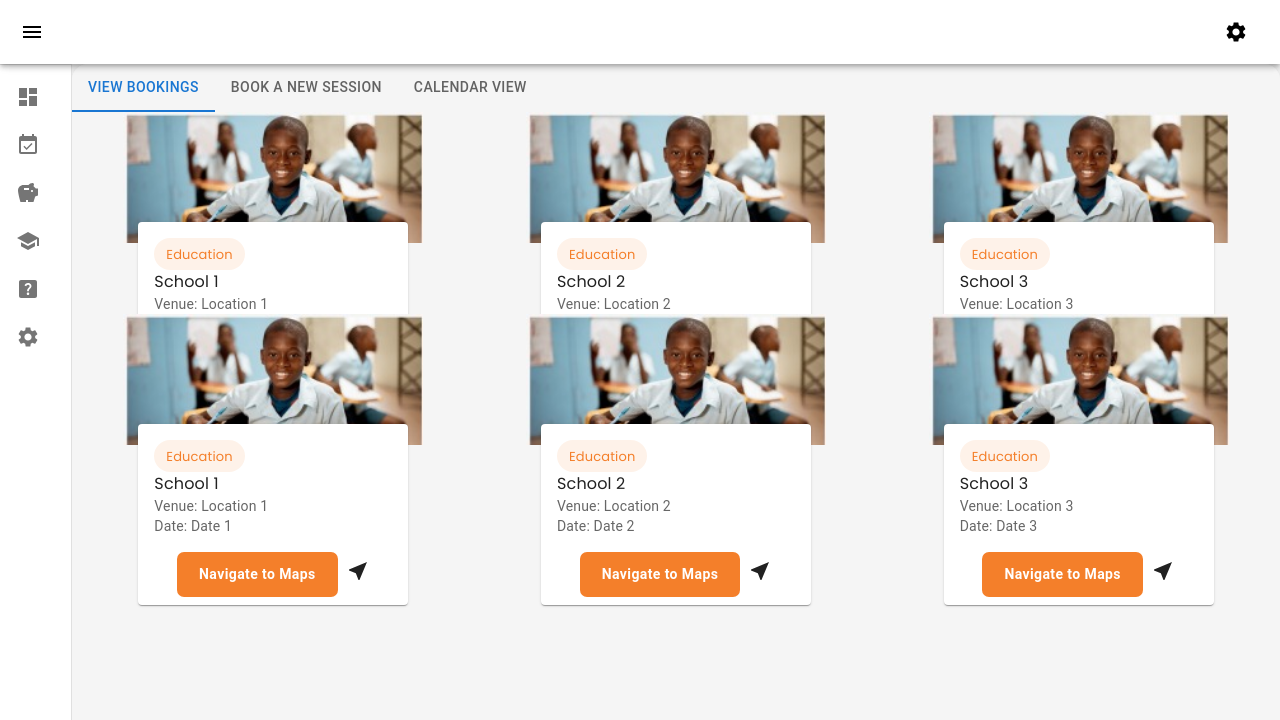
Repository: shubhampirate/Google_Solutions_Edural
Page: /bookings
An editor plug-in stored every save of this project. The page is shown before and after the next save, followed by the edit.
The browser window is 1280 px wide. The pictures show the whole page.
An inner scrolling area shows only its first screen. The project was rebuilt for these pictures with package versions that can differ from the ones it lists, and the page was loaded fresh each time. Some packages were replaced by stand-ins written for this rebuild. Also part of the build but not shown: src/Components/Navbar.jsx, src/Components/Footer.jsx, src/Components/CongratsCard.jsx, src/pages/Hero/Hero.jsx, src/pages/Dashboard/Dashboard.jsx, src/pages/Sign_in.jsx, src/pages/Bookings/LicenseCard.jsx.

Above is the page before, as saved 2024-02-04 19:40:58.

### src/index.js
import React from "react";
import ReactDOM from "react-dom/client";
import "./index.css";
import { GoogleOAuthProvider } from '@react-oauth/google';
import App from "./App";
import { BrowserRouter } from "react-router-dom";
const root = ReactDOM.createRoot(
    document.getElementById("root"));
root.render(
    <BrowserRouter>
<GoogleOAuthProvider clientId="730379698185-cv7a59sok9sod43v04ee6g6pt4gtaea2.apps.googleusercontent.com">
        {/* <React.StrictMode> */}
            <App />
        {/* </React.StrictMode> */}
    </GoogleOAuthProvider>
    </BrowserRouter>

);

### src/App.jsx
import Hero from "./pages/Hero/Hero";
import Dashboard from "./pages/Dashboard/Dashboard";
import Layout from "./Components/layout";
import SignIn from "./pages/Sign_in";
import Booking from "./pages/Bookings/bookings"
import {useState} from "react";
import { Route, Routes } from "react-router-dom";
function App() {
  return (
    <>
      {/* <Hero />   */}
      {/* <SignIn /> */}
      <Routes>
        <Route path="/signin" element={<><SignIn /></>} />
        <Route path="/dashboard" element={<Layout><Dashboard /></Layout>} />
        {/* <Route path="/education" element={<><Education /></>} /> */}
        <Route path="/bookings" element={<Layout><Booking /></Layout>} />
        {/* <Route path="/profile" element={<><Profile /></>} /> */}
        {/* <Route path="/finance" element={<><Finance /></>} /> */}
        {/* <Route path="/questions" element={<><Questions /></>} /> */}
        {/* <Route path="/retireaibot" element={<><Bot /></>} /> */}
        <Route path="/" element={<><Hero /></>} />
      </Routes>
         </>
  );
}

export default App;

### src/Components/layout.jsx
import React from 'react';
import { styled, createTheme, ThemeProvider } from '@mui/material/styles';
import CssBaseline from '@mui/material/CssBaseline';
import MuiDrawer from '@mui/material/Drawer';
import Box from '@mui/material/Box';
import MuiAppBar from '@mui/material/AppBar';
import Toolbar from '@mui/material/Toolbar';
import IconButton from '@mui/material/IconButton';
import MenuIcon from '@mui/icons-material/Menu';
import ChevronLeftIcon from '@mui/icons-material/ChevronLeft';
import { mainListItems } from './listItems';
import { List } from '@mui/material';
import Divider from '@mui/material/Divider';
import Badge from '@mui/material/Badge';
// import NotificationsIcon from '@mui/icons-material/Notifications';
import Typography from '@mui/material/Typography';
import SettingsIcon from '@mui/icons-material/Settings';
const drawerWidth = 240;

const AppBar = styled(MuiAppBar, {
  shouldForwardProp: (prop) => prop !== 'open',
})(({ theme, open }) => ({
  zIndex: theme.zIndex.drawer + 1,
  transition: theme.transitions.create(['width', 'margin'], {
    easing: theme.transitions.easing.sharp,
    duration: theme.transitions.duration.leavingScreen,
  }),
  ...(open && {
    marginLeft: drawerWidth,
    width: `calc(100% - ${drawerWidth}px)`,
    transition: theme.transitions.create(['width', 'margin'], {
      easing: theme.transitions.easing.sharp,
      duration: theme.transitions.duration.enteringScreen,
    }),
  }),
  backgroundColor: 'white', // Set background color to white
  color: 'black',
}));

const Drawer = styled(MuiDrawer, { shouldForwardProp: (prop) => prop !== 'open' })(
  ({ theme, open }) => ({
    '& .MuiDrawer-paper': {
      position: 'relative',
      whiteSpace: 'nowrap',
      width: drawerWidth,
      transition: theme.transitions.create('width', {
        easing: theme.transitions.easing.sharp,
        duration: theme.transitions.duration.enteringScreen,
      }),
      boxSizing: 'border-box',
      ...(!open && {
        overflowX: 'hidden',
        transition: theme.transitions.create('width', {
          easing: theme.transitions.easing.sharp,
          duration: theme.transitions.duration.leavingScreen,
        }),
        width: theme.spacing(7),
        [theme.breakpoints.up('sm')]: {
          width: theme.spacing(9),
        },
      }),
    },
  }),
);

const defaultTheme = createTheme();

const Layout = ({ children }) => {
  const [open, setOpen] = React.useState(false);

  const toggleDrawer = () => {
    setOpen(!open);
  };

  return (
    <ThemeProvider theme={defaultTheme}>
      <Box sx={{ display: 'flex' }}>
        <CssBaseline />
        <AppBar position="absolute" open={open}
        //  sx={{
        //         backgroundColor:
        //         // "rgba(244, 127, 42, 0.04)",
        //         (theme) =>
        //         theme.palette.mode === 'light'
        //             ? theme.palette.grey[100]
        //             : theme.palette.grey[900]}}
                    >
          <Toolbar
            sx={{
              pr: '24px', // keep right padding when drawer closed
            }}
          >
            <IconButton
              edge="start"
              color="inherit"
              aria-label="open drawer"
              onClick={toggleDrawer}
              sx={{
                marginRight: '36px',
                ...(open && { display: 'none' }),
              }}
            >
              <MenuIcon />
            </IconButton>
            <Typography
              component="h1"
              variant="h6"
              color="inherit"
              noWrap
              sx={{ flexGrow: 1 }}
            >
              {/* Dashboard */}
            </Typography>
            <IconButton color="inherit">
              {/* <Badge badgeContent={4} color="secondary"> */}
                <SettingsIcon />
              {/* </Badge> */}
            </IconButton>

          </Toolbar>
        </AppBar>
        <Drawer variant="permanent" open={open}>
          <Toolbar
            sx={{
              display: 'flex',
              alignItems: 'center',
              justifyContent: 'flex-end',
              px: [1],
            }}
          >
            <IconButton onClick={toggleDrawer}>
              <ChevronLeftIcon />
            </IconButton>
          </Toolbar>
          <Divider />
            <List component="nav">
                {mainListItems}
            </List>
        </Drawer>
        <Box
          component="main"
          sx={{
            backgroundColor: (theme) =>
              theme.palette.mode === 'light'
                ? theme.palette.grey[100]
                : theme.palette.grey[900],
            flexGrow: 1,
            height: '100vh',
            overflow: 'auto',
          }}
        >
          <Toolbar />
          {/* Content of individual pages */}
          {children}
        </Box>
      </Box>
    </ThemeProvider>
  );
};

export default Layout;

### src/pages/Bookings/bookings.jsx
import React, { useState, useEffect } from 'react';
import { styled, createTheme, ThemeProvider } from '@mui/material/styles';
import CssBaseline from '@mui/material/CssBaseline';
import Box from '@mui/material/Box';
import Tabs from '@mui/material/Tabs';
import Tab from '@mui/material/Tab';
import Card from '@mui/material/Card';
import CardContent from '@mui/material/CardContent';
import Typography from '@mui/material/Typography';
import GoogleMapReact from 'google-map-react'; // Install with npm/yarn
import FullCalendar from '@fullcalendar/react'; // Install with npm/yarn
import dayGridPlugin from '@fullcalendar/daygrid'; // Install with npm/yarn
import LicenseCard from './LicenseCard';
import { CardActions, Button } from '@mui/material';
import Chip from '@mui/material/Chip';
import CustomButton from '../../Components/CustomButton';
import heroImg from "../../media/img_1.jpeg";
import NorthEastIcon from '@mui/icons-material/NorthEast';
import NearMeIcon from '@mui/icons-material/NearMe';
import { Grid } from '@mui/material';
import { ListItem, ListItemButton, ListItemText } from '@mui/material';
import ArrowForwardIcon from '@mui/icons-material/ArrowForward';
import List from '@mui/material/List';

const defaultTheme = createTheme();

const educationEvents = [
  { id: 1, name: 'Seminar on Science', description: 'Explore the latest developments in science.' },
  { id: 2, name: 'Literature Workshop', description: 'A workshop on classic and modern literature.' },
  { id: 3, name: 'Mathematics Symposium', description: 'Join us for an engaging discussion on mathematics.' },
];
const ImageCard = ({ imageSrc, schoolName, venue, date, chipLabel, chipColor, buttonText }) => {
  return (
    <Box position="relative" maxWidth="300px" margin="auto" marginBottom="2rem">
      <img
        src={imageSrc}
        alt="card-background"
        style={{
          width: '100%',
          height: '60%',
          objectFit: 'cover',
        }}
      />
      <Card
        sx={{
          position: 'absolute',
          top: '80%', // Start from around 20% from the top
          left: '5%', // Adjust as needed
          right: '5%', // Adjust as needed
          backgroundColor: (theme) => theme.palette.background.paper,
          opacity: 1,
          overflow: 'auto',
        }}
      >
        <CardContent>
          <Chip
            size="sm"
            variant="soft"
            label={chipLabel}
            sx={{ backgroundColor: chipColor, color: '#F47F2A', marginRight: '8px' }}
          />
          <br />
          <Typography variant="h7" gutterBottom>
            {schoolName}
          </Typography>
          <Typography variant="body2" color="text.secondary">
            Venue: {venue}
          </Typography>
          <Typography variant="body2" color="text.secondary">
            Date: {date}
          </Typography>
        </CardContent>
        <Box sx={{ display: 'flex-between', alignItems: 'center', justifyContent: 'center', marginBottom: '8px' }}>
          <CustomButton backgroundColor="#F47F2A" color="#fff" buttonText={buttonText} heroBtn={true} />
          <NearMeIcon sx={{ marginLeft: '8px' }} />
        </Box>
      </Card>
    </Box>
  );
};
const calendarEvents = [
  { id: 1, title: 'Event 1', start: '2024-02-10', end: '2024-02-12' },
  { id: 2, title: 'Event 2', start: '2024-02-15', end: '2024-02-18' },
  // Add more calendar event data as needed
];

const AnyReactComponent = ({ text }) => <div>{text}</div>;

export default function Booking() {
  const [tabValue, setTabValue] = useState(0);

  const handleChangeTab = (event, newValue) => {
    setTabValue(newValue);
  };

  return (
    <ThemeProvider theme={defaultTheme}>
      <Box sx={{ display: 'flex', borderRadius: '16px', overflow: 'hidden', boxShadow: '0px 0px 10px rgba(0, 0, 0, 0.1)' }}>
        <CssBaseline />
        <Box
          component="main"
          sx={{
            backgroundColor: (theme) =>
              theme.palette.mode === 'light'
                ? theme.palette.grey[100]
                : theme.palette.grey[900],
            flexGrow: 1,
            height: '100vh',
            overflow: 'hidden',
          }}
        >
          <Tabs value={tabValue} onChange={handleChangeTab}>
            <Tab label="View Bookings" />
            <Tab label="Book a New Session" />
            <Tab label="Calendar View" />
          </Tabs>

          {tabValue === 0 && (
           <Grid container spacing={{ xs: 2, sm: 3, md: 4 }} justifyContent="center">
           {/* First line of cards */}
           <Grid container item justifyContent="center">
             <Grid item xs={12} sm={6} md={4} lg={4}>
               <ImageCard
                 imageSrc={heroImg}
                 schoolName="School 1"
                 venue="Location 1"
                 date="Date 1"
                 chipLabel="Education"
                 chipColor="rgba(244, 127, 42, 0.1)"
                 buttonText="Navigate to Maps"
               />
             </Grid>
             <Grid item xs={12} sm={6} md={4} lg={4}>
               <ImageCard
                 imageSrc={heroImg}
                 schoolName="School 2"
                 venue="Location 2"
                 date="Date 2"
                 chipLabel="Education"
                 chipColor="rgba(244, 127, 42, 0.1)"
                 buttonText="Navigate to Maps"
               />
             </Grid>
             <Grid item xs={12} sm={6} md={4} lg={4}>
               <ImageCard
                 imageSrc={heroImg}
                 schoolName="School 3"
                 venue="Location 3"
                 date="Date 3"
                 chipLabel="Education"
                 chipColor="rgba(244, 127, 42, 0.1)"
                 buttonText="Navigate to Maps"
               />
             </Grid>
           </Grid>

           {/* Second line of cards */}
           <Grid container item justifyContent="center">
           <Grid item xs={12} sm={6} md={4} lg={4}>
               <ImageCard
                 imageSrc={heroImg}
                 schoolName="School 1"
                 venue="Location 1"
                 date="Date 1"
                 chipLabel="Education"
                 chipColor="rgba(244, 127, 42, 0.1)"
                 buttonText="Navigate to Maps"
               />
             </Grid>
             <Grid item xs={12} sm={6} md={4} lg={4}>
               <ImageCard
                 imageSrc={heroImg}
                 schoolName="School 2"
                 venue="Location 2"
                 date="Date 2"
                 chipLabel="Education"
                 chipColor="rgba(244, 127, 42, 0.1)"
                 buttonText="Navigate to Maps"
               />
             </Grid>
             <Grid item xs={12} sm={6} md={4} lg={4}>
               <ImageCard
                 imageSrc={heroImg}
                 schoolName="School 3"
                 venue="Location 3"
                 date="Date 3"
                 chipLabel="Education"
                 chipColor="rgba(244, 127, 42, 0.1)"
                 buttonText="Navigate to Maps"
               />
             </Grid>
           {/* </Grid> */}

             {/* Add more Grid items for additional cards */}
           </Grid>
         </Grid>
//
          )}

          {tabValue === 1 && (
            <Box>
            <Grid item xs={12} sm={12}  style={{marginLeft:"1rem",marginTop:"1rem",paddingBottom: "1.5rem" }} >
            <div style={{ fontSize: '2rem', fontWeight: '500'}}>Welcome back Jenil👋</div>

            <div>Searching for nearby villages to Go for volunteering education for K12 based on your latest score.</div>
            </Grid>

            <Grid container spacing={2} marginTop="1rem" paddingLeft={5}  >
                <Grid item xs={7}>

                    <iframe
                      src="https://www.google.com/maps/embed?pb=!1m12!1m8!1m3!1d64676.93288826161!2d72.80877122825254!3d19.185188895823067!3m2!1i1024!2i768!4f13.1!2m1!1srural%20schools%20in%20villages%20in%20maharastra!5e0!3m2!1sen!2sin!4v1707053236123!5m2!1sen!2sin"
                      width="650"
                      height="300"
                      style={{ border: 0 }}
                      allowFullScreen=""
                      loading="lazy"
                      referrerPolicy="no-referrer-when-downgrade"
                      title="Google Maps"
                    ></iframe>

                </Grid>
                <Grid item xs={12} md={5}  marginTop="1rem">
                <Grid container spacing={2} >

                    <Grid item xs={11.5}>
                    <Grid container spacing={2} sx={{ backgroundColor: "white", marginBottom: "0.5rem" }}>
                        <Grid item xs={12} style={{ textAlign: "center", marginLeft: "-0.75rem", fontWeight: "600" }}>Book Sessions at Schools</Grid>
                        <List sx={{ width: '100%', bgcolor: 'background.paper' }}>
      {educationEvents.map((event) => (
        <ListItem key={event.id} disablePadding>
          <ListItemButton role={undefined}>
            <ListItemText primary={event.name} secondary={event.description} />
            <Button endIcon={<ArrowForwardIcon sx={{ color: 'black' }}/>} color="primary">
              {/* View More */}
            </Button>
          </ListItemButton>
        </ListItem>
      ))}
    </List>
                    </Grid>
                    </Grid>
                </Grid>
                </Grid>
            </Grid>
              {/* <GoogleMapReact
                bootstrapURLKeys={{ key: 'YOUR_GOOGLE_MAPS_API_KEY' }}
                defaultCenter={{ lat: 37.7749, lng: -122.4194 }}
                defaultZoom={10}
              >
                <AnyReactComponent lat={37.7749} lng={-122.4194} text="Your Location" />
              </GoogleMapReact> */}
            </Box>
          )}

          {tabValue === 2 && (
             <Box>
             {/* Calendar View Content */}
             {/* <FullCalendar
               plugins={[dayGridPlugin]}
               initialView="dayGridMonth"
               events={calendarEvents}
             /> */}
           </Box>          )}
        </Box>
      </Box>
    </ThemeProvider>
  );
}

### src/Components/CustomButton.jsx
import { Button, styled } from "@mui/material";
import React from "react";

const CustomButton = ({
  backgroundColor,
  color,
  buttonText,
  heroBtn,
  guideBtn,
  getStartedBtn,
}) => {
  const CustomButton = styled(Button)(({ theme }) => ({
    backgroundColor: backgroundColor,
    color: color,
    fontWeight: "700",
    fontSize: "14px",
    cursor: "pointer",
    padding: "0.5rem 1.25rem",
    borderRadius: "7px",
    textTransform: "none",
    display: "block",
    border: "2px solid transparent",
    "&:hover": {
      backgroundColor: color,
      color: backgroundColor,
      borderColor: backgroundColor,
    },
    [theme.breakpoints.down("md")]: {
      margin: (heroBtn || getStartedBtn) && theme.spacing(0, "auto", 3, "auto"),
      width: (heroBtn || getStartedBtn) && "90%",
    },
    [theme.breakpoints.down("sm")]: {
      marginTop: guideBtn && theme.spacing(3),
      width: guideBtn && "90%",
    },
  }));

  return <CustomButton>{buttonText}</CustomButton>;
};

export default CustomButton;

### src/Components/listItems.jsx
import * as React from 'react';
import ListItemButton from '@mui/material/ListItemButton';
import ListItemIcon from '@mui/material/ListItemIcon';
import ListItemText from '@mui/material/ListItemText';
import DashboardIcon from '@mui/icons-material/Dashboard';
import MedicalInformationIcon from '@mui/icons-material/MedicalInformation';
import SavingsIcon from '@mui/icons-material/Savings';
import SchoolIcon from '@mui/icons-material/School';
import HelpCenterIcon from '@mui/icons-material/HelpCenter';
import SettingsIcon from '@mui/icons-material/Settings';
import SmartToyIcon from '@mui/icons-material/SmartToy';
import { Link } from 'react-router-dom';
// import GoogleTranslateComponent from './GoogleTranslateComponent';
import EventAvailableIcon from '@mui/icons-material/EventAvailable';

export const mainListItems = (
  <>
    <React.Fragment>
      <Link to="/dashboard" style={{ textDecoration: "none", color: "black" }}>
        <ListItemButton>
          <ListItemIcon>
            <DashboardIcon />
          </ListItemIcon>
          <ListItemText primary="Dashboard" />
        </ListItemButton>
      </Link>
      <Link to="/bookings" style={{ textDecoration: "none", color: "black" }}>
        <ListItemButton>
          <ListItemIcon>
            <EventAvailableIcon />
          </ListItemIcon>
          <ListItemText primary="Bookings" />
        </ListItemButton>
      </Link>
      <Link to="/donation" style={{ textDecoration: "none", color: "black" }}>
        <ListItemButton>
          <ListItemIcon>
            <SavingsIcon />
          </ListItemIcon>
          <ListItemText primary="Donation" />
        </ListItemButton>
      </Link>
      <Link to="/education" style={{ textDecoration: "none", color: "black" }}>
        <ListItemButton>
          <ListItemIcon>
            <SchoolIcon />
          </ListItemIcon>
          <ListItemText primary="Educational Test" />
        </ListItemButton>
      </Link>
      <Link to="/questions" style={{ textDecoration: "none", color: "black" }}>
        <ListItemButton>
          <ListItemIcon>
            <HelpCenterIcon />
          </ListItemIcon>
          <ListItemText primary="FAQ" />
        </ListItemButton>
      </Link>
      <Link to="/profile" style={{ textDecoration: "none", color: "black" }}>
        <ListItemButton>
          <ListItemIcon>
            <SettingsIcon />
          </ListItemIcon>
          <ListItemText primary="Profile" />
        </ListItemButton>
      </Link>
      {/* <Link to="/retireaibot" style={{ textDecoration: "none", color: "black" }}>
        <ListItemButton>
          <ListItemIcon>
            <SmartToyIcon />
          </ListItemIcon>
          <ListItemText primary="Retire AI Bot" />
        </ListItemButton>
      </Link> */}
    </React.Fragment >
  </>
);

Loaded but not shown: public/index.html (common file); src/index.css (common file)

After the next save:
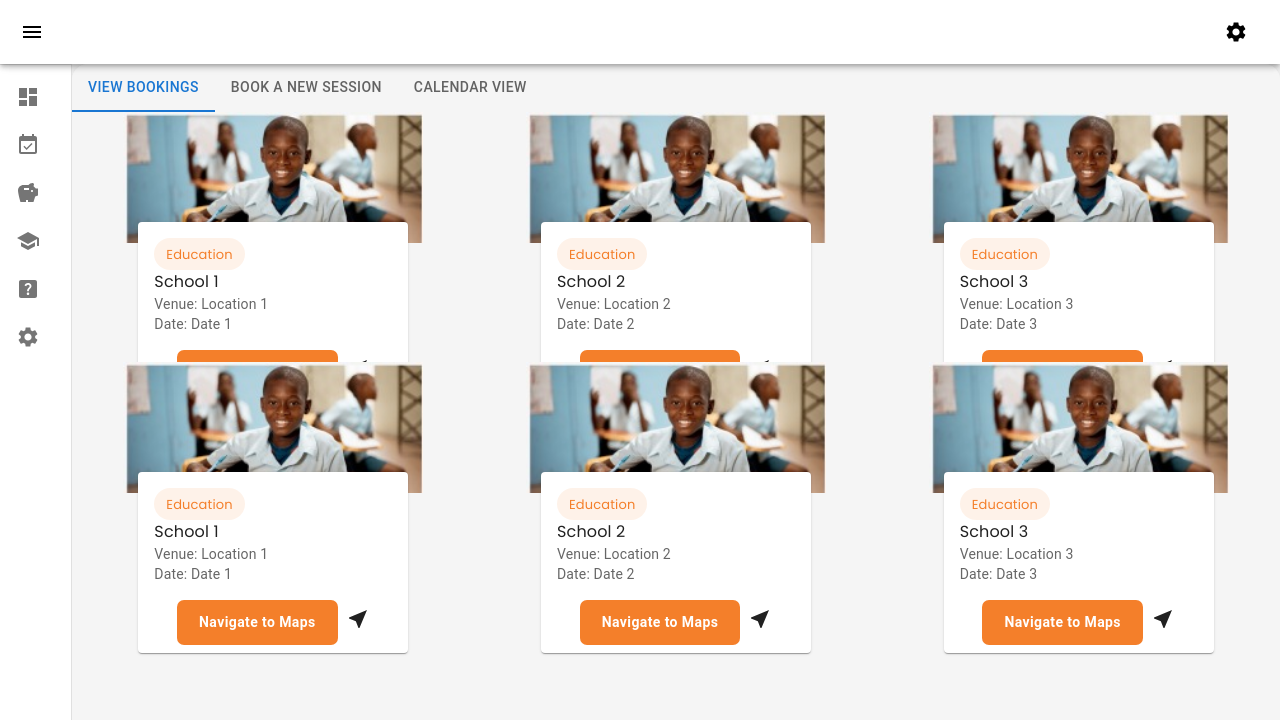
Saved 38 s later.
--- a/src/pages/Bookings/bookings.jsx
+++ b/src/pages/Bookings/bookings.jsx
@@ -118,7 +118,7 @@ export default function Booking() {
           {tabValue === 0 && (
            <Grid container spacing={{ xs: 2, sm: 3, md: 4 }} justifyContent="center">
            {/* First line of cards */}
-           <Grid container item justifyContent="center">
+           <Grid container item justifyContent="center" marginBottom="3rem">
              <Grid item xs={12} sm={6} md={4} lg={4}>
                <ImageCard
                  imageSrc={heroImg}
